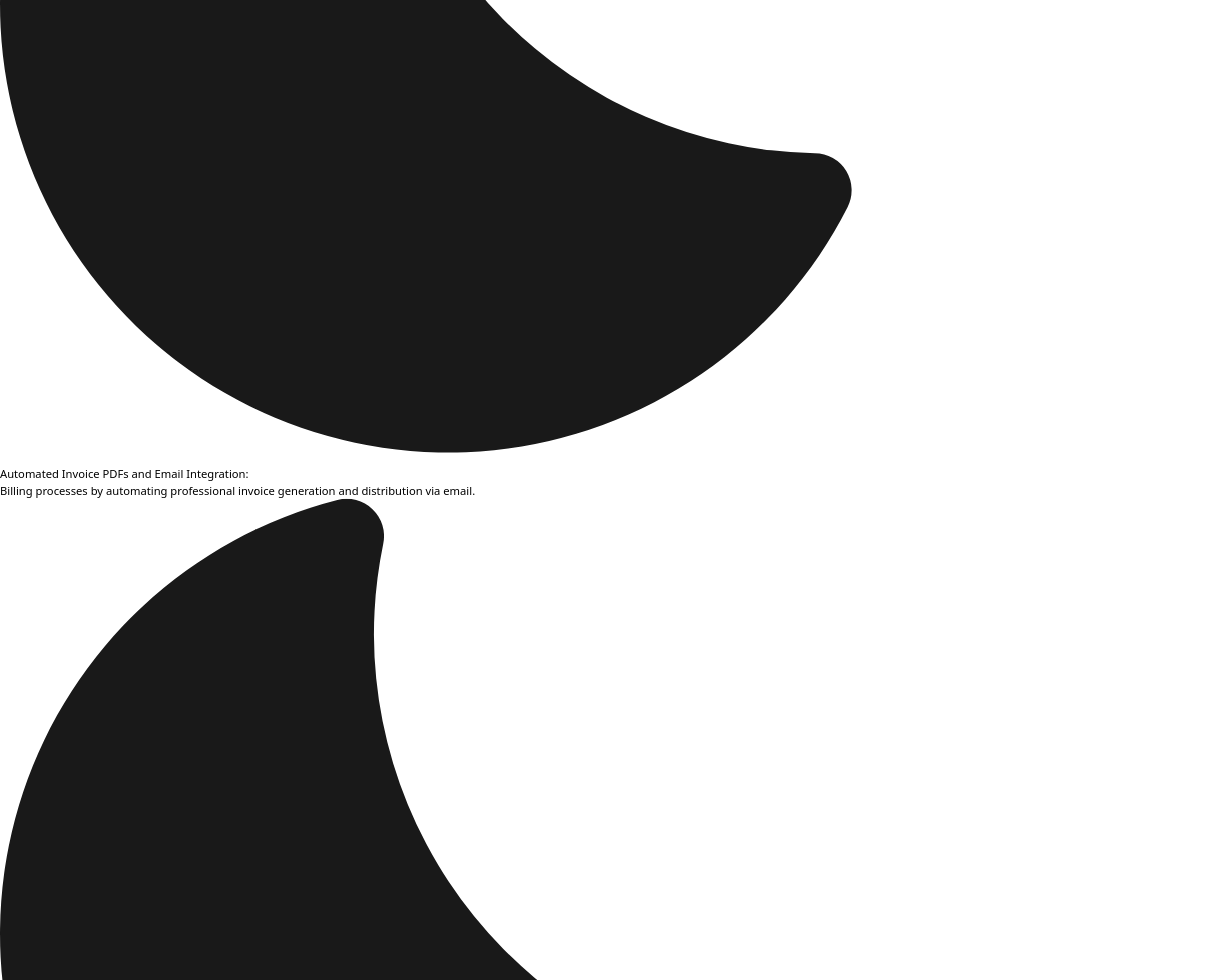
Repository: BarrySong97/flysky-landing
Page: /
The author's editor kept a copy of each file at every save. The page is drawn from the files as they stood at one save, then again after the next save.
The browser window is 1280 px wide. The page is 1760 px wide, so the pictures cover 1760 px, including what lies to the right of the window. The pictures show the part of the page from y = 3521 to 4921 px (the page is 23751 px tall), at 70% of full size.
The project was rebuilt for these pictures with package versions that can differ from the ones it lists, and the page was loaded fresh each time. Also part of the build but not shown: vite.config.js, src/partials/Banner.jsx, src/pages/SignIn.jsx, src/pages/SignUp.jsx, src/pages/ResetPassword.jsx.

Above is the page before, as saved 2023-12-10 09:49:01.

After the next save:
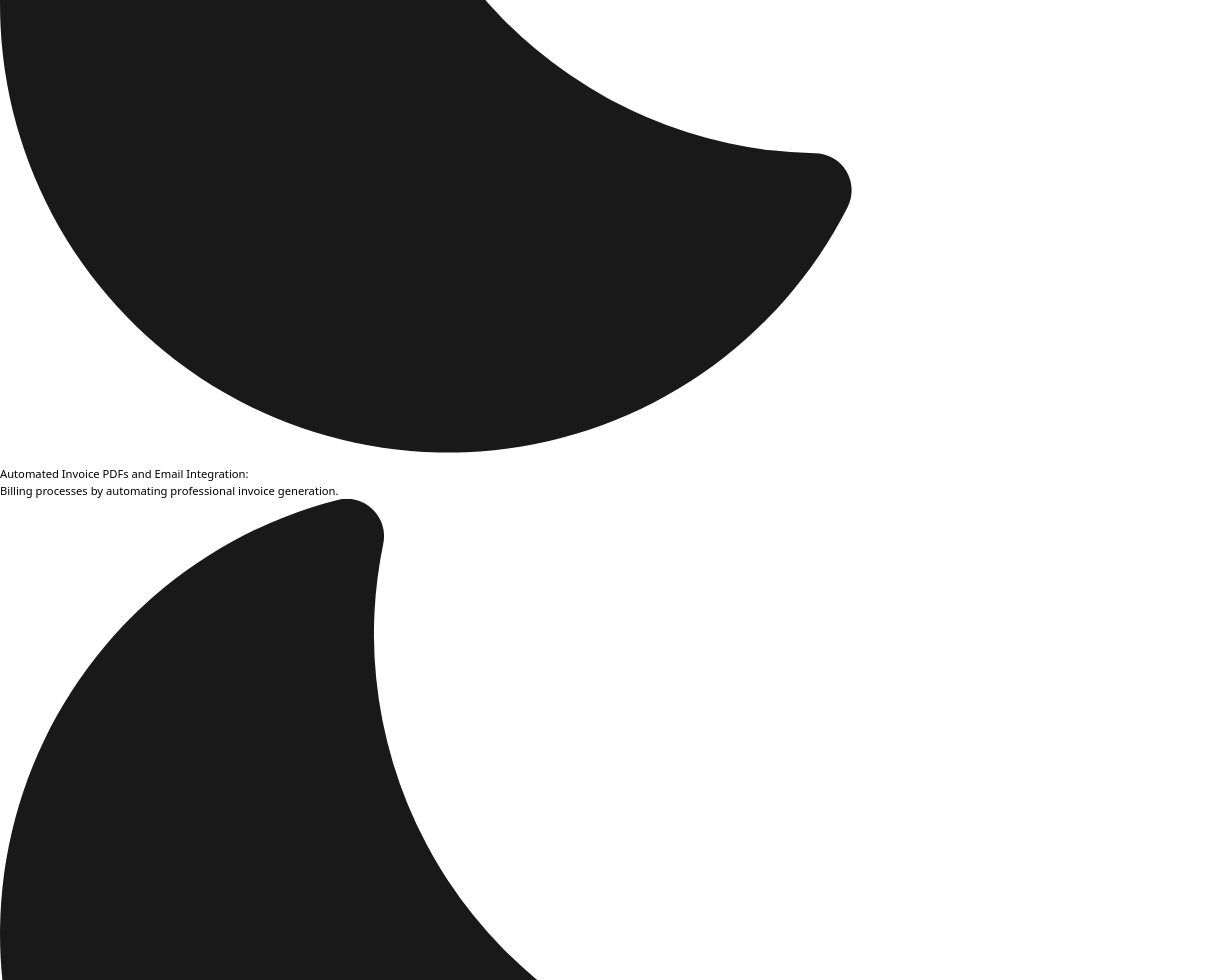
Saved 35 s later.
--- a/src/partials/Features.jsx
+++ b/src/partials/Features.jsx
@@ -143,7 +143,7 @@
                     </div>
                     <div className="text-gray-600">
                       Billing processes by automating professional invoice
-                      generation and distribution via email.
+                      generation.
                     </div>
                   </div>
                   <div className="flex justify-center items-center w-8 h-8 bg-white rounded-full shadow flex-shrink-0 ml-3">
